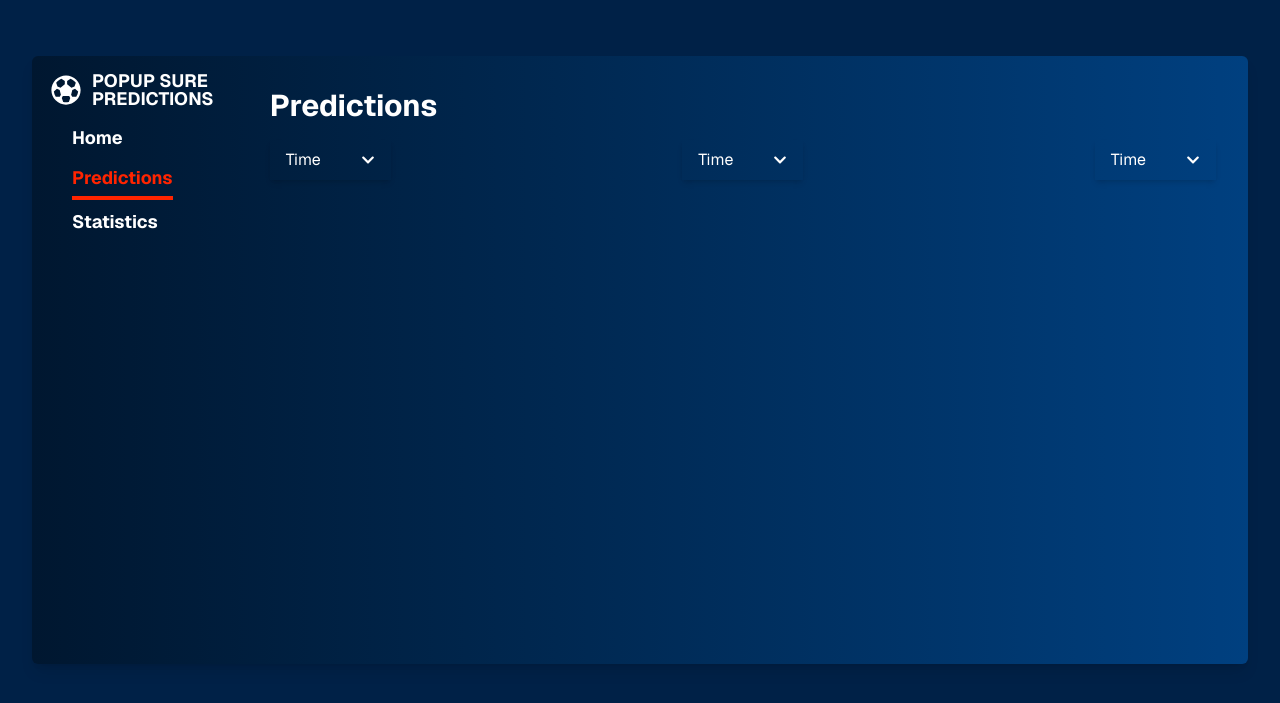
Repository: prototypedave/AlgoFooty
Page: /predictions (app in frontend/algo-footy/)
The author's editor kept a copy of each file at every save. The page is drawn from the files as they stood at one save, then again after the next save.
The browser window is 1280 px wide. The pictures show the whole page.
The project was rebuilt for these pictures with package versions that can differ from the ones it lists, and the page was loaded fresh each time. The framework's server and built-in components were replaced by stand-ins that run in the browser. Also part of the build but not shown: frontend/algo-footy/next.config.ts.

Above is the page before, as saved 2025-11-03 07:21:59.

After the next save:
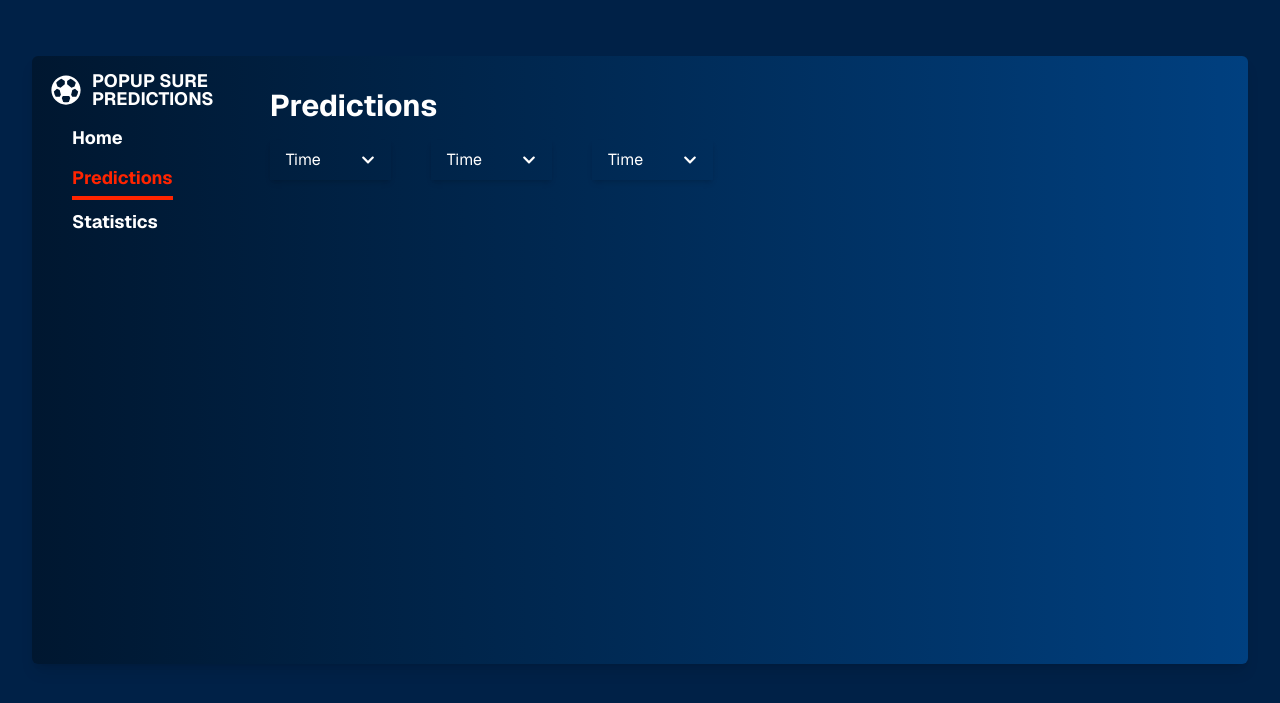
Saved 15 s later.
--- a/frontend/algo-footy/app/predictions/page.tsx
+++ b/frontend/algo-footy/app/predictions/page.tsx
@@ -38,7 +38,7 @@ export default function Predictions() {
                 </div>
                 <div className="flex flex-col p-4 gap-4 w-full">
                     <h1 className="text-3xl font-bold">Predictions</h1>
-                    <div className="flex justify-between w-full">
+                    <div className="flex gap-10 w-full">
                             <DropdownButton />
                             <DropdownButton />
                             <DropdownButton />
